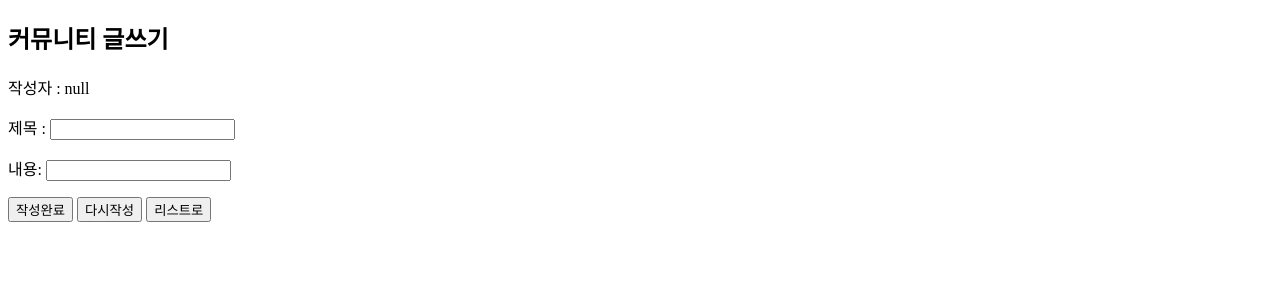
Repository: Blair-Kim/JSP
Page: http://localhost/Day4/board/write.jsp
These files come from the project's save history. The page is drawn as it stood at one moment and after the next save; the edit follows.
The browser window is 1280 px wide. The pictures show the whole page.
The page is served by Tomcat 9.

Above is the page before, as saved 2022-01-18 01:37:52.

After the next save:
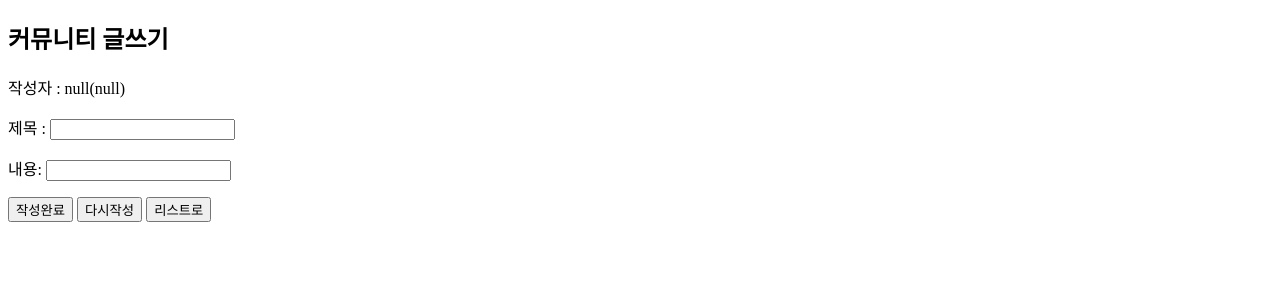
Saved 65 s later.
--- a/Day4/WebContent/board/write.jsp
+++ b/Day4/WebContent/board/write.jsp
@@ -21,7 +21,7 @@
 	<form action="./wirte_ok.jsp" method="post" name="regform" id="regform" onsubmit="return sendit()">
         <input type="hidden" id="isidcheck" value="n">
         <input type="hidden" id="isssn" value="n">
-        <p>작성자 : <%=userid %></p>
+        <p>작성자 : <%=userid%>(<%=name %>)</p>
         <p>제목 : <input type="text" name="b_title" id="b_title" maxlength="200"></p>
         <p>내용: <input type="text" name="b_content" id="b_title" maxlength="2000" ></p>
         <p><input type="submit" value="작성완료"> <input type="reset" value="다시작성"> <input type="button" value="리스트로" onclick="location.href='./list.jsp'"></p>
